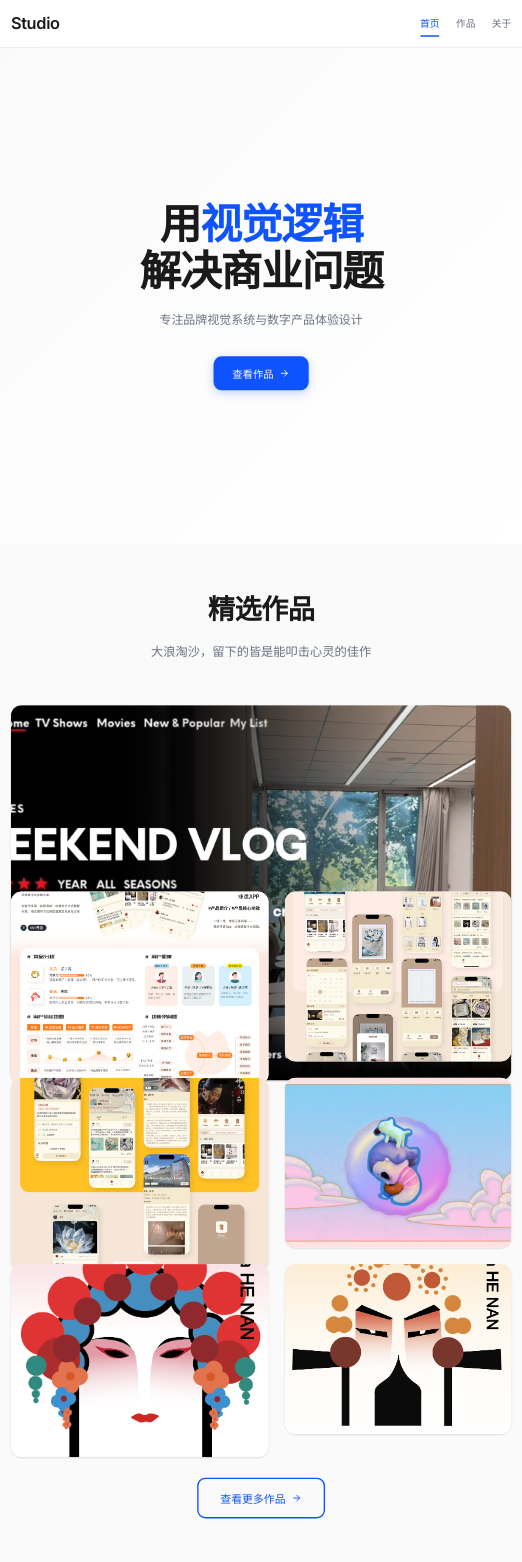
Repository: Nanzhexi/zhexi.github.io
Page: index.html
An editor plug-in stored every save of this project. The page is shown before and after the next save, followed by the edit.
The browser window is 768 px wide. The pictures show the whole page, at 68% of full size.

Above is the page before, as saved 2025-07-03 03:23:41.

After the next save:
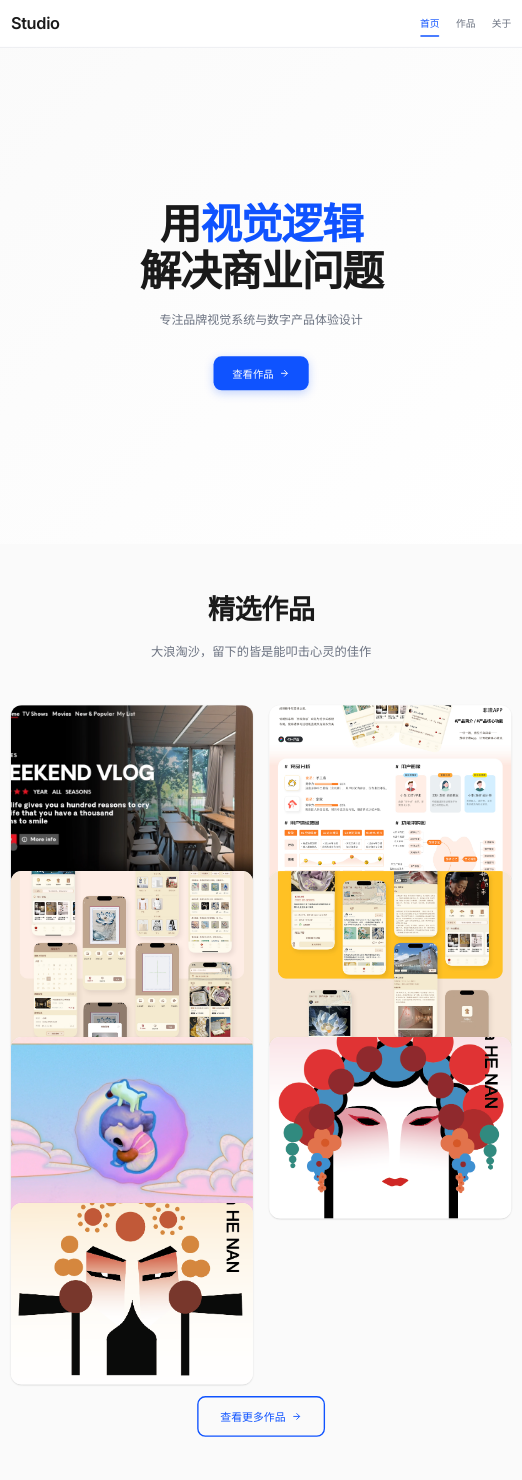
Saved 12 s later.
--- a/css/index.css
+++ b/css/index.css
@@ -370,12 +370,14 @@
     }
 
     .portfolio-grid {
-        grid-template-columns: 1fr;
+        grid-template-columns: repeat(auto-fit, minmax(250px, 1fr));
         gap: 1.5rem;
+        grid-auto-rows: 220px;
     }
 
     .portfolio-item.large {
-        aspect-ratio: 4/3;
+        grid-column: span 1;
+        grid-row: span 1;
     }
 
     .portfolio-overlay {
